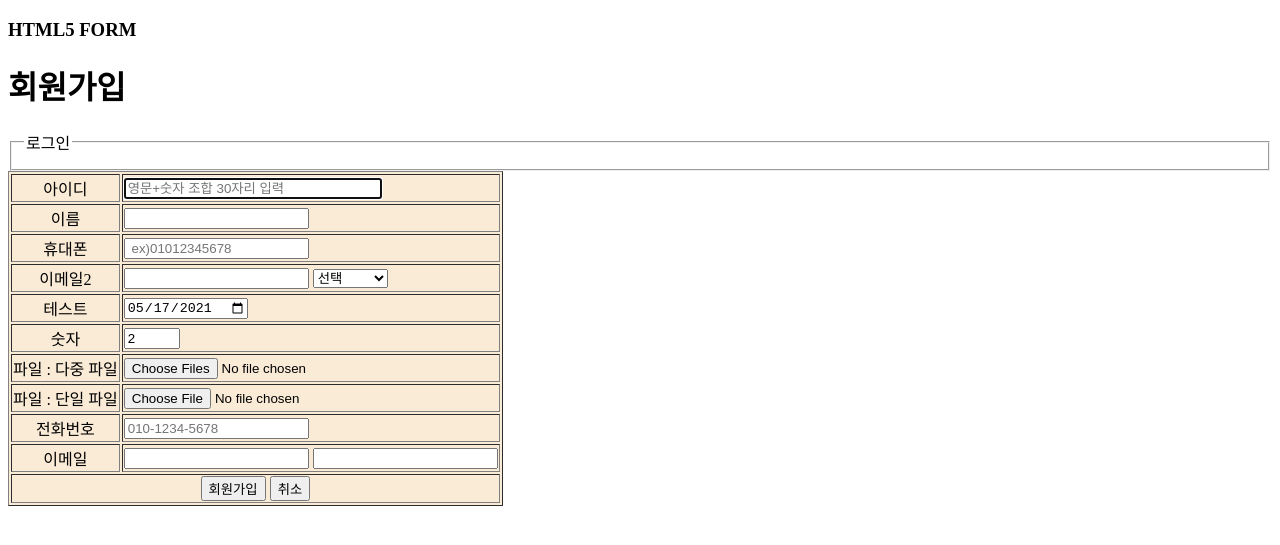
Repository: helloJunejun/WorkSpace_WebUi
Page: 0.3html5_form/src/main/webapp/sample_html5-1.html
An editor plug-in stored every save of this project. The page is shown before and after the next save, followed by the edit.
The browser window is 1280 px wide. The pictures show the whole page.

Above is the page before, as saved 2021-06-24 07:52:11.

### 0.3html5_form/src/main/webapp/sample_html5-1.html
<!DOCTYPE html PUBLIC "-//W3C//DTD HTML 4.01 Transitional//EN" "http://www.w3.org/TR/html4/loose.dtd">
<html>
<head>
<meta http-equiv="Content-Type" content="text/html; charset=UTF-8">
<title>HTML5 FORM 예제</title>
</head>
<body>
   <h3>HTML5 FORM</h3>

   <form action="" method="get">
      <h1>회원가입</h1>


      <table border="1" cellspacing="2px" cellpading="5px" bgcolor="AntiqueWhite">
            <form action = "result.html" method = "post">
            <fieldset>
                <legend>로그인</legend>
                     <!-- 아이디 -->

                     <tr>
                        <td align="center">아이디</td>
                        <td>
                           <input type = "text" name="memberId" autofocus="autofocus" "
                           placeholder="영문+숫자 조합 30자리 입력" style="width:250px"
                           pattern="[A-Za-z0-9]{6,30}">
                        </td>
                     </tr>






                     <tr>
                        <td align="center">이름</td>
                        <td><input type = "password" name="name"  required = "requirde" ></td>
                     </tr>

                     <tr>
                        <td align="center">휴대폰</td>
                        <td>
                           <input type = "password" name="mobile"  placeholder=" ex)01012345678">
                        </td>
                     </tr>

                       <tr>
                        <td align="center">이메일2</td>
                        <td>
                           <input type = "text" name="email2">

                           <select name = "selectEmail">
                              <option value = "none"> 선택 </option>
                              <option value = "@naver.com"> 네이버 </option>
                              <option value = "@gmail.com"> 구글 </option>
                              <option value = "@daum.net"> 다음 </option>
                              <option value = "userInput"> 직접 입력 </option>
                           </select>
                        </td>
                     </tr>

                     <tr>
                        <td align="center">테스트 </td>
                        <td>
                           <input type = "date" name="date" " value="2021-05-17" >
                        </td>
                     </tr>


                     <tr>
                        <td align="center">숫자 </td>
                        <td>
                           <input type = "number" name="date" value="2"  min="2" max="10" step="2">
                        </td>
                     </tr>

                     <tr>
                        <td align="center">파일 : 다중 파일</td>
                        <td>
                           <input type = "file" name="file"  multiple="multiple">
                        </td>
                     </tr>

                     <tr>
                        <td align="center">파일 : 단일 파일</td>
                        <td>
                           <input type = "file" name="file" >
                        </td>
                     </tr>

                     <tr>
                        <td align="center">전화번호</td>
                        <td>
                           <input type = "mobile" name="mobile"
                           placeholder="010-1234-5678" pattern="(010/02/031/051)-\d{3,4}-\d{4}">
                        </td>
                     </tr>

                     <tr>
                        <td align="center">이메일 </td>
                        <td>
                           <input type = "text" name="email1" >
                           <input type = "text" name="email2"  >
                        </td>
                     </tr>




                     <tr>
                        <td align="center" colspan="2" align="center">
                           <input type = "submit" value = "회원가입" >
                           <input type = "reset" value = "취소">
                        </td>
                     </tr>

                     </fieldset>
               </form>
         </table>




   </form>

</body>
</html>

After the next save:
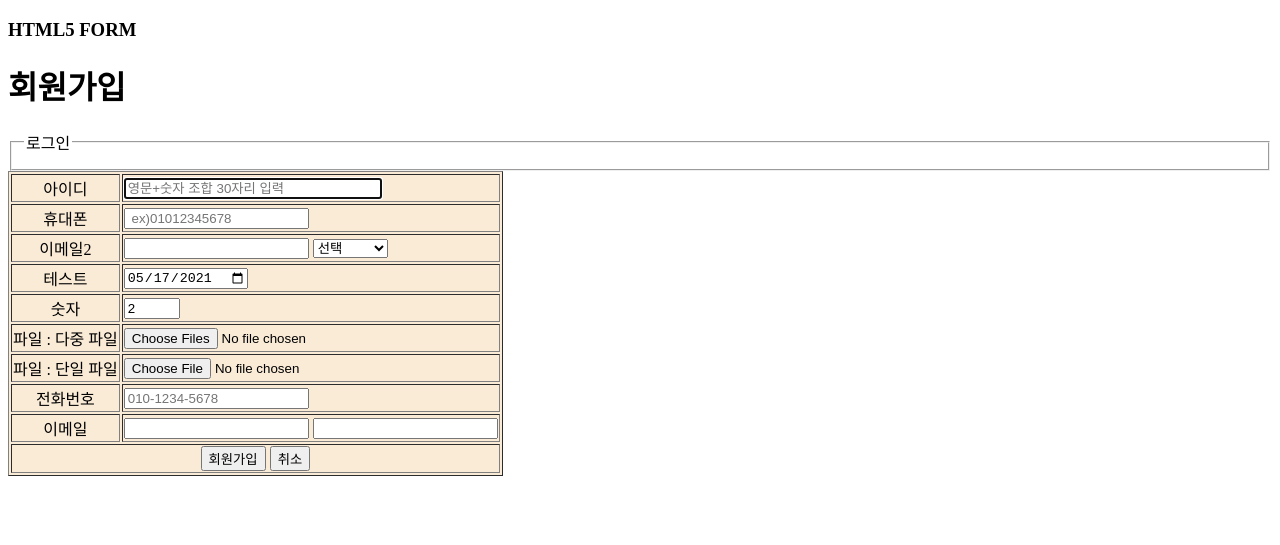
Saved 29 s later.
--- a/0.3html5_form/src/main/webapp/sample_html5-1.html
+++ b/0.3html5_form/src/main/webapp/sample_html5-1.html
@@ -26,15 +26,6 @@
                         </td>
                      </tr>
 
-
-
-
-
-
-                     <tr>
-                        <td align="center">이름</td>
-                        <td><input type = "password" name="name"  required = "requirde" ></td>
-                     </tr>
 
                      <tr>
                         <td align="center">휴대폰</td>
